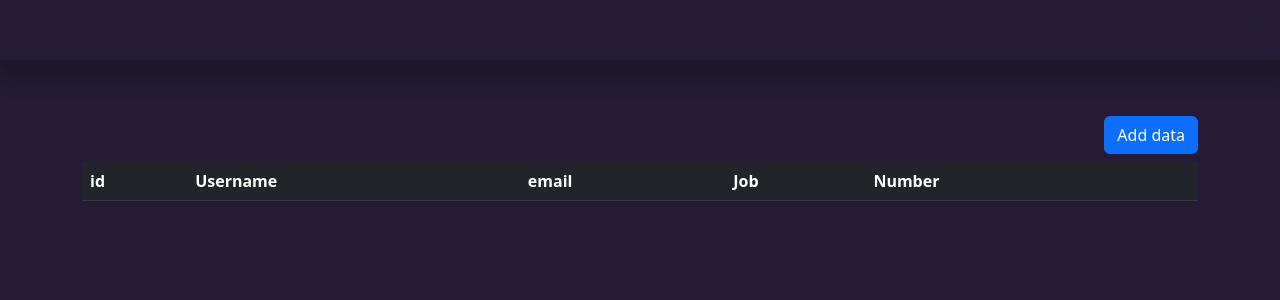
Repository: iamevs/Employee-Management-System
Page: /home (app in client/)
An editor plug-in stored every save of this project. The page is shown before and after the next save, followed by the edit.
The browser window is 1280 px wide. The pictures show the whole page.
The page's requests for data from a server got no answer. The project was rebuilt for these pictures with package versions that can differ from the ones it lists, and the page was loaded fresh each time. No one was signed in, and anything a server would have sent is missing. Also part of the build but not shown: client/vite.config.js, client/src/components/Register.jsx, client/src/components/Edit.jsx, client/src/components/Hero.jsx. Imported but missing from the stored project, and not drawn on this page: client/src/components/Details.

Above is the page before, as saved 2022-11-28 23:25:41.

### client/index.html
<html lang="en">
  <head>
    <meta charset="UTF-8" />
    <link rel="icon" type="image/svg+xml" href="/vite.svg" />
    <meta name="viewport" content="width=device-width, initial-scale=1.0" />
    <title>employee-management</title>
  </head>
  <body>
    <div id="root"></div>
    <script type="module" src="/src/main.jsx"></script>
  </body>
</html>

### client/src/main.jsx
import React, { StrictMode } from 'react';
import ReactDOM from 'react-dom';
import { createRoot } from "react-dom/client";
import './index.css';
import App from './App';
import { BrowserRouter } from "react-router-dom"
import ContextProvider from "./components/context/ContextProvider";
// root.render(
//   <StrictMode>
//   <ContextProvider>
//     <BrowserRouter>
//       <App />
//     </BrowserRouter>
//   </ContextProvider>
//   </StrictMode>
//   ,
//   document.getElementById('root')
// );


createRoot(document.getElementById('root')).render(
  <ContextProvider>
    <BrowserRouter>
      <App />
    </BrowserRouter>
  </ContextProvider>
)

### client/src/index.css
body {
  margin: 0;
  font-family: -apple-system, BlinkMacSystemFont, 'Segoe UI', 'Roboto', 'Oxygen',
    'Ubuntu', 'Cantarell', 'Fira Sans', 'Droid Sans', 'Helvetica Neue',
    sans-serif;
  -webkit-font-smoothing: antialiased;
  -moz-osx-font-smoothing: grayscale;
  background-color: #251B37 !important;
  color: #fff !important;
}

code {
  font-family: source-code-pro, Menlo, Monaco, Consolas, 'Courier New',
    monospace;
}

.btns{
  display: flex;
  justify-content: space-between;
}

### client/src/App.jsx
import './App.css';
import "../node_modules/bootstrap/dist/css/bootstrap.min.css"
import "../node_modules/bootstrap/dist/js/bootstrap.bundle.min.js"
import Navbar from './components/Navbar';
import Home from './components/Home';
import Register from './components/Register';
import Edit from './components/Edit';
import Details from './components/Details';
import Hero from "./components/Hero.jsx";
import {Routes,Route} from "react-router-dom"




function App() {
  return (
   <>
    <Navbar />
    <Routes>
      <Route path="/" element={<Hero/>} />
      <Route  path="/home" element={<Home/>} />
      <Route exact path="/register" element={<Register/>} />
      <Route exact path="/edit/:id" element={<Edit/>} />
      <Route exact path="/view/:id" element={<Details/>} />
    </Routes>

   </>
  );
}

export default App;

### client/src/components/context/ContextProvider.jsx
import React, { createContext, useState } from 'react'


export const adddata = createContext("");
export const updatedata = createContext("");
export const deldata = createContext("");

const ContextProvider = ({ children }) => {

    const [udata, setUdata] = useState("");
    const [updata, setUPdata] = useState("");
    const [dltdata, setDLTdata] = useState("");


    return (
        <adddata.Provider value={{ udata, setUdata }}>
            <updatedata.Provider value={{ updata, setUPdata }}>
                <deldata.Provider value={{dltdata, setDLTdata}}>
                    {children}
                </deldata.Provider>

            </updatedata.Provider>

        </adddata.Provider>
    )
}

export default ContextProvider;

### client/src/App.css
.add_btn{
  text-align: right;
}

.container{
  overflow: auto;
}

.left_view h3{
  font-size: 21px;
}

.left_view p{
  font-weight: 600;
}

.left_view span{
  font-weight: 400;
}

.right_view p{
  font-weight: 600;
}


.right_view span{
  font-weight: 400;
}

### client/src/components/Navbar.jsx
import React from 'react'
import { NavLink } from 'react-router-dom'
import { Box, Stack } from "@mui/material";


const Navbar = () => {
    return (
        <Stack >
            <Box className="navbar navbar-expand-lg text-white" sx={{
                backgroundColor: "transparent",
                backdropFilter: "blur(10px) !important",
                position: "relative",
                color: "white",
                boxShadow: "4px 7px 20px 11px rgb(0 0 0 / 20%)",
                height: "60px",
            }}>
                <Box sx={{
                    fontSize: "20px",
                    textShadow: "3px 4px 12px #6c757d",
                    fontWeight: "bold",
                }}/>
            </Box>
        </Stack>
    )
}

export default Navbar

### client/src/components/Home.jsx
import React, { useState, useEffect, useContext } from 'react'
import RemoveRedEyeIcon from '@mui/icons-material/RemoveRedEye';
import CreateIcon from '@mui/icons-material/Create';
import DeleteOutlineIcon from '@mui/icons-material/DeleteOutline';
import { NavLink } from 'react-router-dom';
import { adddata, deldata } from './context/ContextProvider';
import { updatedata } from './context/ContextProvider'

var getuserlink = "http://localhost:8001/getusers";


const Home = () => {

    const [getuserdata, setUserdata] = useState([]);

    console.log(getuserdata);

    const { udata, setUdata } = useContext(adddata);

    const {updata, setUPdata} = useContext(updatedata);

    const {dltdata, setDLTdata} = useContext(deldata);

    const getdata = async () => {

        const res = await fetch(getuserlink, {
            method: "GET",
            headers: {
                "Content-Type": "application/json"
            }
        });

        const data = await res.json();
        console.log(data);

        if (res.status === 422 || !data) {
            console.log("error ");

        } else {
            setUserdata(data)
            console.log("get data");

        }
    }

    useEffect(() => {
        getdata();
    }, [])

    const deleteuser = async (id) => {

        const res2 = await fetch(`/deleteuser/${id}`, {
            method: "DELETE",
            headers: {
                "Content-Type": "application/json"
            }
        });

        const deletedata = await res2.json();
        console.log(deletedata);

        if (res2.status === 422 || !deletedata) {
            console.log("error");
        } else {
            console.log("user deleted");
            setDLTdata(deletedata)
            getdata();
        }

    }


    return (

        <>
            {
                udata ?
                    <>
                        <div className="alert alert-success alert-dismissible fade show" role="alert">
                            <strong>{udata.name}</strong>  added succesfully!
                            <button type="button" className="btn-close" data-bs-dismiss="alert" aria-label="Close"></button>
                        </div>
                    </> : ""
            }
            {
                updata ?
                    <>
                        <div className="alert alert-success alert-dismissible fade show" role="alert">
                            <strong>{updata.name}</strong>  updated succesfully!
                            <button type="button" className="btn-close" data-bs-dismiss="alert" aria-label="Close"></button>
                        </div>
                    </> : ""
            }

            {
                dltdata ?
                    <>
                        <div className="alert alert-danger alert-dismissible fade show" role="alert">
                            <strong>{dltdata.name}</strong>  deleted succesfully!
                            <button type="button" className="btn-close" data-bs-dismiss="alert" aria-label="Close"></button>
                        </div>
                    </> : ""
            }


            <div className="mt-5">
                <div className="container">
                    <div className="add_btn mt-2 mb-2">
                        <NavLink to="/register" className="btn btn-primary">Add data</NavLink>
                    </div>

                    <table class="table">
                        <thead>
                            <tr className="table-dark">
                                <th scope="col">id</th>
                                <th scope="col">Username</th>
                                <th scope="col">email</th>
                                <th scope="col">Job</th>
                                <th scope="col">Number</th>
                                <th scope="col"></th>
                            </tr>
                        </thead>
                        <tbody>

                            {
                                getuserdata.map((val, ind) => {
                                    return (
                                        <tr>
                                            <th scope="row">{ind + 1}</th>
                                            <td>{val.name}</td>
                                            <td>{val.email}</td>
                                            <td>{val.work}</td>
                                            <td>{val.mobile}</td>
                                            <td className='btns'>
                                                <NavLink to={`/view/${val._id}`} className="btn btn-primary"><RemoveRedEyeIcon /></NavLink>
                                                <NavLink to={`/update/${val._id}`} className="btn btn-success"><CreateIcon /></NavLink>
                                                <button onClick={() => deleteuser(val._id)} className="btn btn-danger"><DeleteOutlineIcon /></button>
                                            </td>
                                        </tr>
                                    )
                                })
                            }
                        </tbody>
                    </table>


                </div>
            </div>
        </>
    )
}

export default Home

After the next save:
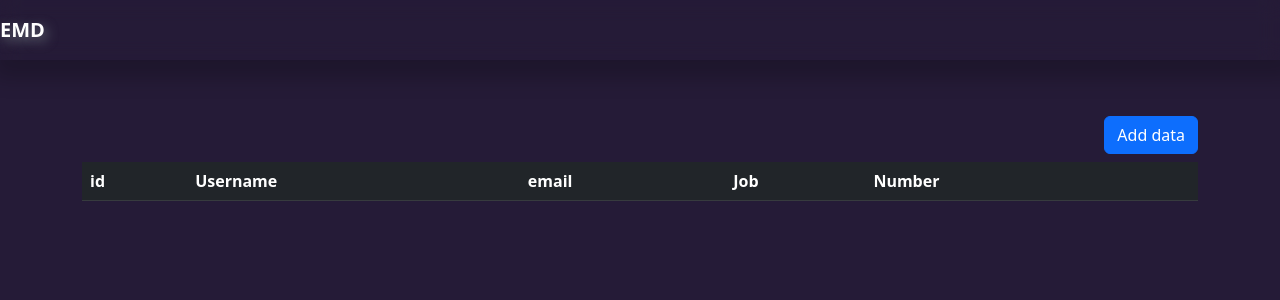
Saved 23 s later.
--- a/client/src/components/Navbar.jsx
+++ b/client/src/components/Navbar.jsx
@@ -18,7 +18,10 @@ const Navbar = () => {
                     fontSize: "20px",
                     textShadow: "3px 4px 12px #6c757d",
                     fontWeight: "bold",
-                }}/>
+                    "::-ms-tooltip": {
+                        display: "none",
+                    },
+                }}>EMD</Box>
             </Box>
         </Stack>
     )
